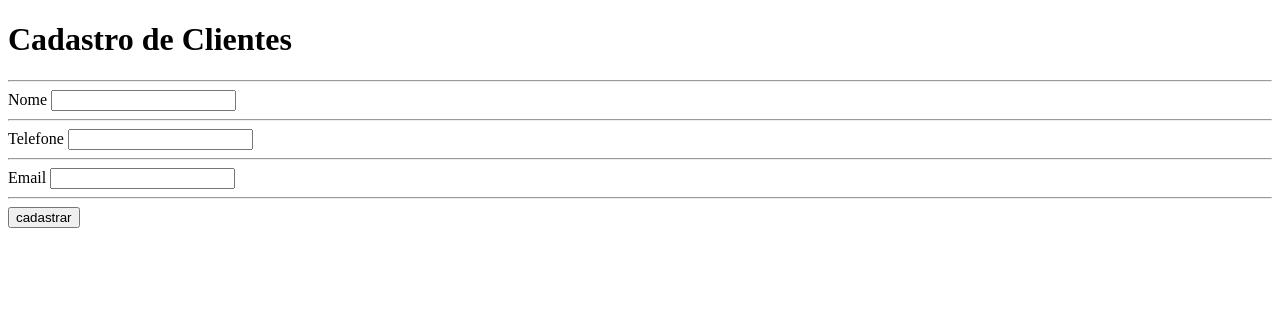
Repository: patriciatob10/AulaJavaPaty
Page: JavaWeb/empresa/perfumariaweb/src/main/webapp/frmCadClientes.html
These files come from the project's save history. The page is drawn as it stood at one moment and after the next save; the edit follows.
The browser window is 1280 px wide. The pictures show the whole page.

Above is the page before, as saved 2023-05-19 00:18:24.

### JavaWeb/empresa/perfumariaweb/src/main/webapp/frmCadClientes.html
<!DOCTYPE html>
<html>
<head>
<meta charset="ISO-8859-1">
<title>Cadastro de Clientes</title>
</head>
<body>
<h1>Cadastro de Clientes</h1>
<hr>
<div class="container"></div>

<form class="row g-3">

<div class="col-md-6">
    <label for="inputPassword4" class="form-label">Nome</label>
    <input type="cliente" class="form-control">
  </div>

  <hr>

  <div class="col-12">
    <label for="inputAddress" class="form-label">Telefone</label>
    <input type="number" class="form-control">
  </div>

    <hr>

  <div class="col-md-6">
    <label for="inputEmail4" class="form-label">Email</label>
    <input type="email" class="form-control" id="inputEmail4">
  </div>

    <hr>

    <button type="submit" class="btn btn-primary">cadastrar</button>
  </div>

</form>
</body>
</html>

After the next save:
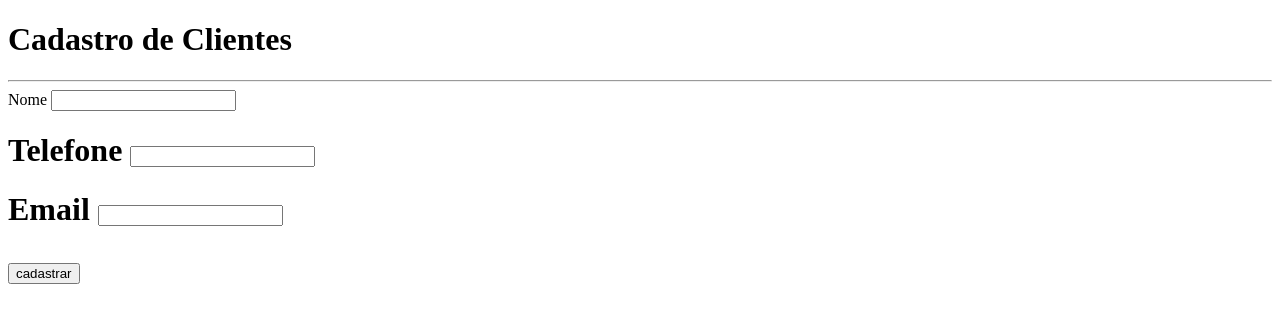
Saved 18 s later.
--- a/JavaWeb/empresa/perfumariaweb/src/main/webapp/frmCadClientes.html
+++ b/JavaWeb/empresa/perfumariaweb/src/main/webapp/frmCadClientes.html
@@ -16,21 +16,21 @@
     <input type="cliente" class="form-control">
   </div>
 
-  <hr>
+  <h1>
 
   <div class="col-12">
     <label for="inputAddress" class="form-label">Telefone</label>
     <input type="number" class="form-control">
   </div>
 
-    <hr>
+    <h1>
 
   <div class="col-md-6">
     <label for="inputEmail4" class="form-label">Email</label>
     <input type="email" class="form-control" id="inputEmail4">
   </div>
 
-    <hr>
+    <h1>
 
     <button type="submit" class="btn btn-primary">cadastrar</button>
   </div>
